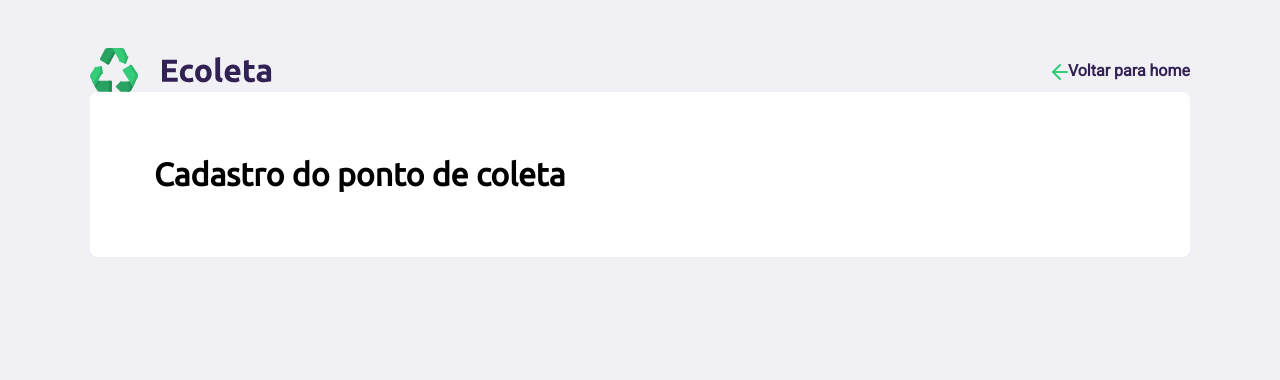
Repository: ivobass/NextLevelWeek
Page: create-point.html
These files come from the project's save history. The page is drawn as it stood at one moment and after the next save; the edit follows.
The browser window is 1280 px wide. The pictures show the whole page.

Above is the page before, as saved 2020-06-02 23:11:17.

### create-point.html
<!DOCTYPE html>
<html lang="pt">

<head>
    <meta charset="UTF-8">
    <!--aceita caracteres especiais-->
    <meta name="viewport" content="width=device-width, initial-scale=1.0">
    <title>Criar um ponto de Ecoleta</title>

    <link href="https://fonts.googleapis.com/css2?family=Roboto&family=Ubuntu:wght:wght@300;700&display=swap" rel="stylesheet">
    <link rel="stylesheet" href="/styles/main.css">
    <link rel="stylesheet" href="/styles/create-point.css">

    <link rel="stylesheet" href="/styles/responsive.css">

</head>

<body>

    <div id="page-create-point">



        <header>
            <img src="/assets/logo.svg " alt="logomarca">
            <a href=""><span></span>Voltar para home </a>

        </header>
        <form action="">
            <h1>Cadastro do ponto de coleta</h1>
        </form>


    </div>




</body>

</html>

### styles/main.css
:root {
    --title-color: #322153;
    --primary-color: #34cb79;
}

* {
    margin: 0;
    padding: 0;
    box-sizing: border-box;
}

html {
    font-family: Roboto, sans-serif;
}

body {
    background-color: #f0f0f5;
    -webkit-font-smoothing: antialiased;
}

a {
    text-decoration: none;
}

h1,
h2,
h3,
h4,
h5,
h6 {
    --title-color: #322153;
    font-family: 'Ubuntu', sans-serif;
}


/* BOX MODEL
modelo de caixas
        toda caixa tem:
        largura, altura, espaçamento, prenchimento,
        bordas, cor, fundo, maneira como é vista por html (display)
posicionamento, alinhamentos.
        */

### styles/create-point.css
#page-create-point {
    width: 90%;
    max-width: 1100px;
    /* alinhamento da caixa por o lado de fora da caixa */
    /* height: 100%; */
    margin: 0 auto;
    /* display: flex;
    flex-direction: column; */
}

#page-create-point header {
    margin-top: 48px;
    display: flex;
    align-items: center;
    justify-content: space-between;
}

#page-create-point header a {
    display: flex;
    color: var( --title-color);
    font-weight: bold;
    align-items: center;
}

#page-create-point header a span {
    margin-left: 16px;
    display: flex;
    background-image: url('/assets/arrow-left.svg');
    display: flex;
    width: 20px;
    height: 20px;
}

form {
    background-color: white;
    margin: 0 auto;
    min-width: 84px;
    /* prenchimento */
    padding: 64px;
    border-radius: 8px;
    min-width: 730px;
    box-sizing: border-box;
}

### styles/responsive.css
@media(max-width: 900px) {
    #page-home {
        background-position-x: 70vw;
    }
    #page-home .content {
        align-items: center;
        text-align: center;
    }
    #page-home header a {
        position: absolute;
        bottom: 48px;
        left: 50%;
        transform: translateX(-50%);
    }
    #page-home main {
        align-items: center;
    }
}

@media(min-width: 1700px) {
    #page-home {
        background-position-x: 40vw;
    }
}

@media(max-heigth: 760px) {
    #page-home {
        background-position-y: 1000px;
    }
}

### assets/arrow-left.svg
<svg xmlns="http://www.w3.org/2000/svg" width="24" height="24" viewBox="0 0 24 24" fill="none" stroke="#34CB79" stroke-width="2" stroke-linecap="round" stroke-linejoin="round" class="feather feather-arrow-left"><line x1="19" y1="12" x2="5" y2="12"></line><polyline points="12 19 5 12 12 5"></polyline></svg>

After the next save:
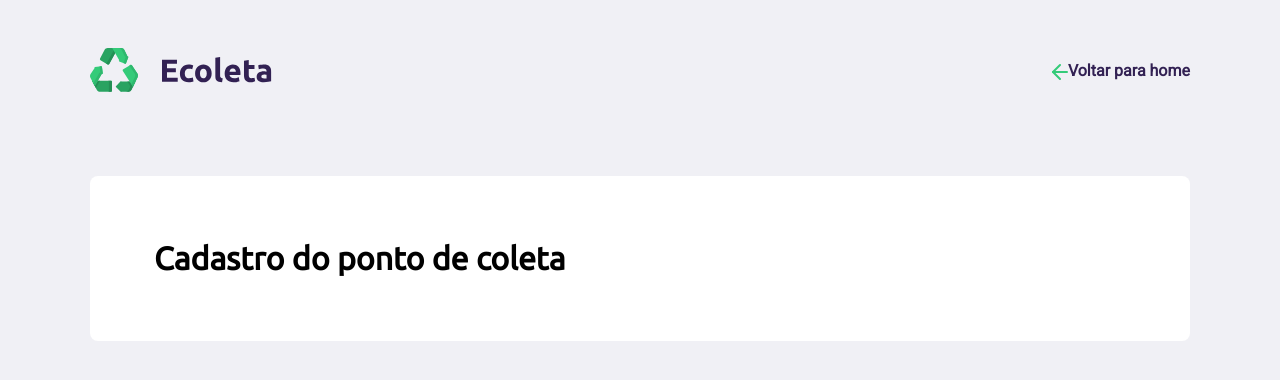
Saved 20 s later.
--- a/styles/create-point.css
+++ b/styles/create-point.css
@@ -34,7 +34,7 @@
 form {
     background-color: white;
     margin: 0 auto;
-    min-width: 84px;
+    margin-top: 84px;
     /* prenchimento */
     padding: 64px;
     border-radius: 8px;
